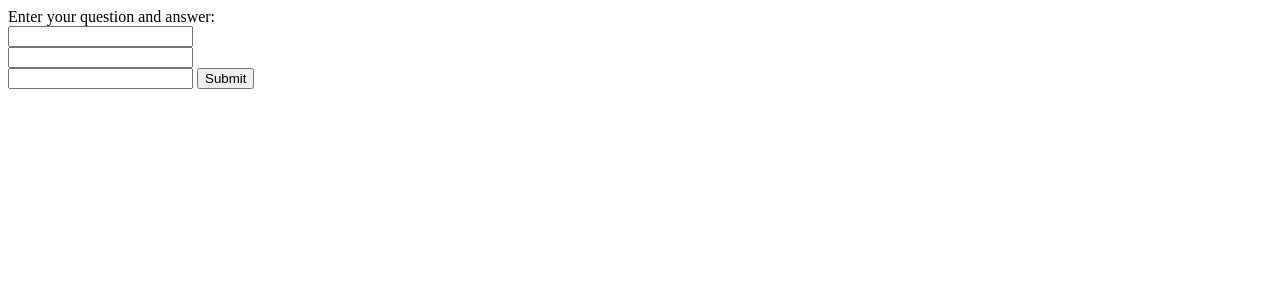
Repository: treytencarey/Omaha-Game-Jam
Page: http://localhost/Capstone/a2Index.jsp
An editor plug-in stored every save of this project. The page is shown before and after the next save, followed by the edit.
The browser window is 1280 px wide. The pictures show the whole page.
The page is served by Tomcat 9. Nobody is signed in. The application's start-up code is not run.

Above is the page before, as saved 2019-09-21 18:53:03.

After the next save:
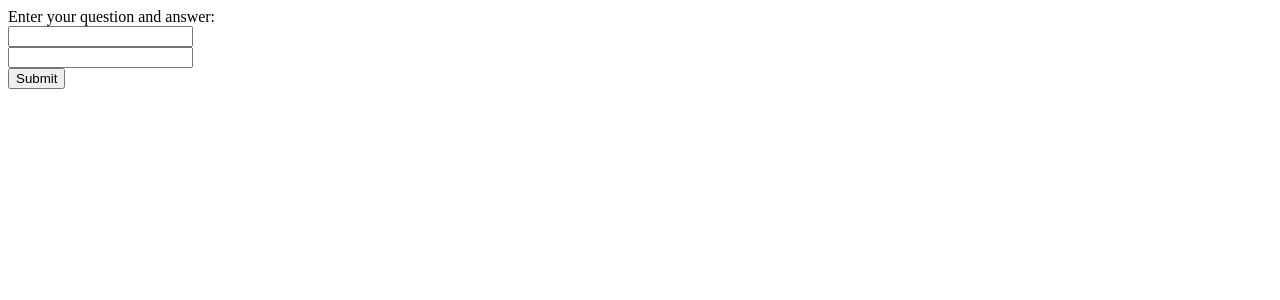
Saved 9 s later.
--- a/Capstone/WebContent/a2Index.jsp
+++ b/Capstone/WebContent/a2Index.jsp
@@ -17,7 +17,7 @@
 	<form action="mainServlet" method="post">
 		<input type="text" name="question" value="<%= (questionId != null) ? question : "" %>"><br/>
 		<input type="text" name="answer"><br/>
-		<input type="text" name="id" value="<%= (questionId != null) ? questionId.toString() : "" %>">
+		<input type="text" name="id" value="<%= (questionId != null) ? questionId.toString() : "" %>" style="display: none;">
 		<button name="submitQuestionButton">Submit</button>
 	</form>
 </body>
